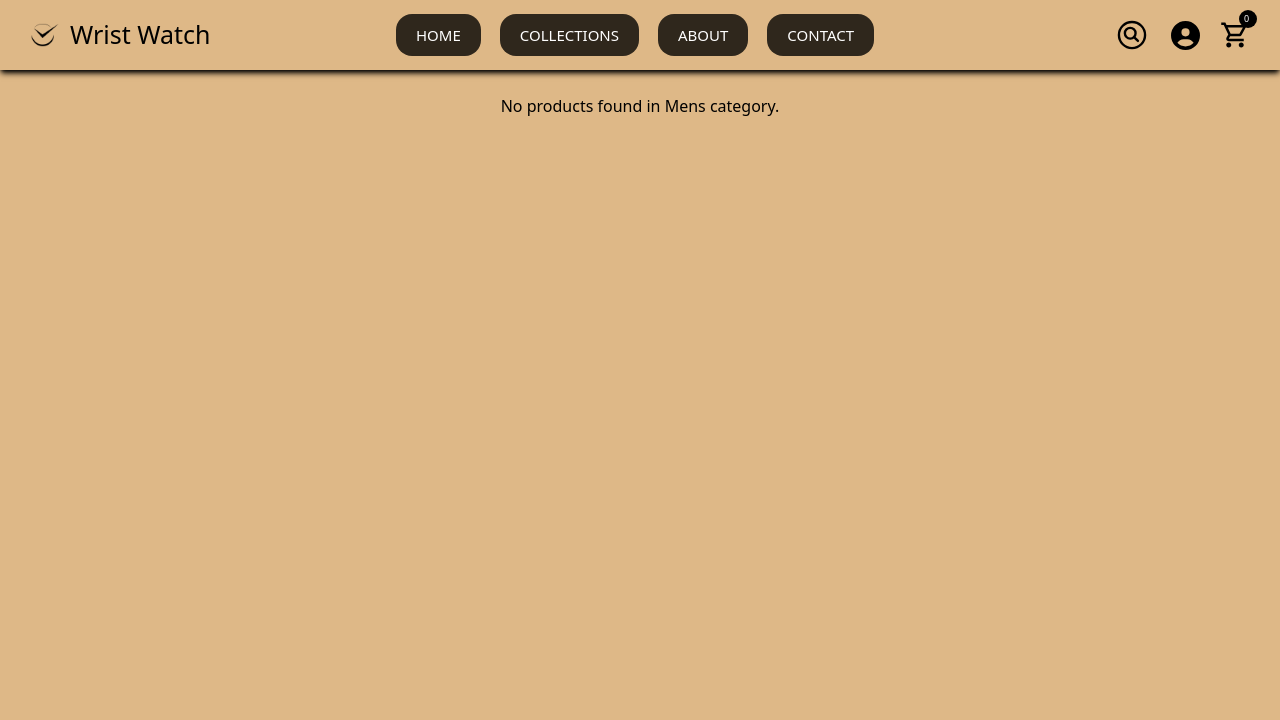
Repository: mansibhanushali/online_watch_ecommerce_mernstack_webapplication
Page: /collection (app in frontend/)
These files come from the project's save history. The page is drawn as it stood at one moment and after the next save; the edit follows.
The browser window is 1280 px wide. The pictures show the whole page.
The page's requests for data from a server got no answer. The project was rebuilt for these pictures with package versions that can differ from the ones it lists, and the page was loaded fresh each time. No one was signed in, and anything a server would have sent is missing. Also part of the build but not shown: frontend/vite.config.js, frontend/src/component/Loading.jsx, frontend/src/pages/Registration.jsx, frontend/src/component/Backgound.jsx, frontend/src/component/Card.jsx, frontend/src/component/LatestCollection.jsx, frontend/src/component/BestSeller.jsx, frontend/src/pages/Product.jsx and 12 more.

Above is the page before, as saved 2025-08-16 17:39:01.

### frontend/index.html
<!doctype html>
<html lang="en">
  <head>
    <meta charset="UTF-8" />
    <link rel="icon" type="image/svg+xml" href="\logo1.png" />
    <meta name="viewport" content="width=device-width, initial-scale=1.0" />
    <title>Wristwatch</title>
  </head>
  <body>
    <div id="root"></div>
    <script type="module" src="/src/main.jsx"></script>
  </body>
</html>

### frontend/src/main.jsx
// src/main.jsx
import React from 'react';
import { createRoot } from 'react-dom/client';
import { BrowserRouter } from 'react-router-dom';
import './index.css';

import App from './App.jsx';
import AuthContext from './context/authContext.jsx';
import UserContextProvider from './context/UserContext.jsx';
import ShopContext from './context/ShopContext.jsx';

createRoot(document.getElementById('root')).render(
  <React.StrictMode>
    <BrowserRouter>
      <AuthContext>
        <UserContextProvider>
          <ShopContext>
            <App />
          </ShopContext>
        </UserContextProvider>
      </AuthContext>
    </BrowserRouter>
  </React.StrictMode>
);

### frontend/src/index.css
@import "tailwindcss";

body {
  @apply bg-white min-h-screen;
}

### frontend/src/App.jsx
import React, { useContext } from 'react';
import { Navigate, Route, Routes, useLocation } from 'react-router-dom';
import Registration from './pages/Registration';
import Home from './pages/Home';
import Login from './pages/Login';
import Nav from './component/Nav';
import { userDataContext } from './context/UserContext';
import About from './pages/About';
import Collections from './pages/Collections';
import Product from './pages/Product';
import Contact from './pages/Contact';
import ProductDetail from './pages/ProductDetail';
import Cart from './pages/Cart';
import PlaceOrder from './pages/PlaceOrder';
import Order from './pages/Order';
import { ToastContainer } from 'react-toastify';
import NotFound from './pages/NotFound';

function App() {
  const { userData } = useContext(userDataContext);
  const location = useLocation();

  // Protected route wrapper
  const ProtectedRoute = (Component) => {
    return userData ? (
      Component
    ) : (
      <Navigate to="/login" state={{ from: location.pathname }} />
    );
  };

  return (
    <>
      <ToastContainer />
      <Nav />
      <Routes>
        {/* Public Routes */}
        <Route path="/" element={<Home />} />
        <Route path="/about" element={<About />} />
        <Route path="/collection" element={<Collections />} />
        <Route path="/collection/:category" element={<Collections />} />
        <Route path="/product" element={<Product />} />
        <Route path="/contact" element={<Contact />} />

        {/* Auth Routes */}
        <Route
          path="/login"
          element={
            userData ? (
              <Navigate to={location.state?.from || '/'} />
            ) : (
              <Login />
            )
          }
        />
        <Route
          path="/signup"
          element={
            userData ? (
              <Navigate to={location.state?.from || '/'} />
            ) : (
              <Registration />
            )
          }
        />

        {/* Protected Routes */}
        <Route
          path="/productdetail/:productId"
          element={ProtectedRoute(<ProductDetail />)}
        />
        <Route path="/cart" element={ProtectedRoute(<Cart />)} />
        <Route path="/placeorder" element={ProtectedRoute(<PlaceOrder />)} />
        <Route path="/order" element={ProtectedRoute(<Order />)} />

        {/* 404 Fallback */}
        <Route path="*" element={<NotFound />} />
      </Routes>
    </>
  );
}

export default App;

### frontend/src/context/AuthContext.jsx
// src/context/AuthContext.jsx
import React, { createContext, useReducer, useEffect } from "react";
import axios from "axios";

const initialState = {
  user: null,
  token: null,
  isAuthenticated: false,
};

function reducer(state, action) {
  switch (action.type) {
    case "LOGIN":
      return {
        ...state,
        user: action.payload.user,
        token: action.payload.token,
        isAuthenticated: true,
      };
    case "LOGOUT":
      return initialState;
    default:
      return state;
  }
}

export const authDataContext = createContext();

function AuthContext({ children }) {
  const serverUrl = "http://localhost:8000";

  const [state, dispatch] = useReducer(reducer, initialState, () => {
    const token = localStorage.getItem("token");
    const user = localStorage.getItem("user");
    return token && user
      ? { token, user: JSON.parse(user), isAuthenticated: true }
      : initialState;
  });

  // axios defaults setup (runs whenever token changes)
  useEffect(() => {
    axios.defaults.baseURL = serverUrl;
    axios.defaults.withCredentials = true;

    if (state.token) {
      axios.defaults.headers.common["Authorization"] = `Bearer ${state.token}`;
      localStorage.setItem("token", state.token);
      localStorage.setItem("user", JSON.stringify(state.user));
    } else {
      delete axios.defaults.headers.common["Authorization"];
      localStorage.removeItem("token");
      localStorage.removeItem("user");
    }
  }, [state.token, state.user]);

  // Fetch current user from backend
  const fetchCurrentUser = async (token) => {
    try {
      const res = await axios.get("/api/user/getcurrentuser", {
        headers: { Authorization: `Bearer ${token}` }
      });
      return res.data;
    } catch (err) {
      console.error("Fetch current user error:", err.response?.data || err.message);
      return null;
    }
  };

  // Login and fetch user
  const login = async ({ token }) => {
    const user = await fetchCurrentUser(token);
    if (user) {
      dispatch({ type: "LOGIN", payload: { token, user } });
    }
  };

  const logout = () => dispatch({ type: "LOGOUT" });

  // Auto login when page refreshes
  useEffect(() => {
    const autoLogin = async () => {
      if (state.token && !state.user) {
        const user = await fetchCurrentUser(state.token);
        if (user) {
          dispatch({ type: "LOGIN", payload: { token: state.token, user } });
        }
      }
    };
    autoLogin();
  }, []);

  return (
    <authDataContext.Provider value={{ serverUrl, ...state, login, logout }}>
      {children}
    </authDataContext.Provider>
  );
}

export default AuthContext;

### frontend/src/context/UserContext.jsx
// src/context/UserContext.jsx
import React, { createContext, useContext, useEffect, useState } from 'react';
import { authDataContext } from './AuthContext';
import axios from 'axios';

export const userDataContext = createContext();

function UserContextProvider({ children }) {
  const [userData, setUserData] = useState(null);
  const { serverUrl } = useContext(authDataContext);

  const getCurrentUser = async () => {
    try {
      // ✅ Cookie-based request
      const result = await axios.get(`${serverUrl}/api/user/getcurrentuser`, {
        withCredentials: true, // Cookie automatically send होगी
      });

      if (result.data?.success) {
        setUserData(result.data.user);
      } else {
        setUserData(null);
      }
    } catch (error) {
      setUserData(null);
      console.error("getCurrentUser error:", error);
    }
  };

  // 🔹 Page load pe call
  useEffect(() => {
    getCurrentUser();
  }, []);

  return (
    <userDataContext.Provider value={{ userData, setUserData, getCurrentUser }}>
      {children}
    </userDataContext.Provider>
  );
}

export default UserContextProvider;

### frontend/src/context/ShopContext.jsx
import React, { createContext, useContext, useEffect, useState, useCallback } from 'react';
import { authDataContext } from './authContext';
import { userDataContext } from './UserContext';
import axios from 'axios';
import { toast } from 'react-toastify';

export const shopDataContext = createContext();

function ShopContextProvider({ children }) {
  const [products, setProducts] = useState([]);
  const [search, setSearch] = useState('');
  const { userData } = useContext(userDataContext);
  const [showSearch, setShowSearch] = useState(false);
  const { serverUrl } = useContext(authDataContext);
  const [cartItem, setCartItem] = useState({});
  const [loading, setLoading] = useState(false);
  const [token, setToken] = useState(localStorage.getItem("token") || "");

  const currency = '₹';
  const delivery_fee = 40;

  // token sync
  useEffect(() => {
    const savedToken = localStorage.getItem("token");
    if (savedToken) {
      setToken(savedToken);
    }
  }, []);

  // ✅ Get products
  const getProducts = useCallback(async () => {
    if (!serverUrl) return;
    try {
      const result = await axios.get(`${serverUrl}/api/product/list`);
      setProducts(result.data);
    } catch (error) {
      console.error("Get Products Error:", error);
    }
  }, [serverUrl]);

  // ✅ Add to cart
  const addtoCart = async (itemId) => {
    let cartData = structuredClone(cartItem);
    cartData[itemId] = (cartData[itemId] || 0) + 1;
    setCartItem(cartData);

    if (userData && token) {
      setLoading(true);
      try {
        await axios.post(
          `${serverUrl}/api/cart/add`,
          { itemId },
          {
            headers: { Authorization: `Bearer ${token}` },
            withCredentials: true
          }
        );
      } catch (error) {
        console.error(error);
        toast.error("Add Cart Error");
      } finally {
        setLoading(false);
      }
    }
  };

  // ✅ Get user cart
  const getUserCart = useCallback(async () => {
    if (!token || !serverUrl) return;
    try {
      const result = await axios.post(
        `${serverUrl}/api/cart/get`,
        {},
        {
          headers: { Authorization: `Bearer ${token}` },
          withCredentials: true
        }
      );
      setCartItem(result.data || {});
    } catch (error) {
      console.error("Get User Cart Error:", error);
    }
  }, [serverUrl, token]);

  // ✅ Update cart item quantity
  const updateQuantity = async (itemId, quantity) => {
    let cartData = structuredClone(cartItem);
    cartData[itemId] = quantity;
    setCartItem(cartData);

    if (userData && token) {
      try {
        await axios.post(
          `${serverUrl}/api/cart/update`,
          { itemId, quantity },
          {
            headers: { Authorization: `Bearer ${token}` },
            withCredentials: true
          }
        );
      } catch (error) {
        console.error(error);
      }
    }
  };

  // ✅ Total cart items count
  const getCartCount = () => {
    return Object.values(cartItem).reduce((acc, qty) => acc + qty, 0);
  };

  // ✅ Total cart amount
  const getCartAmount = () => {
    let totalAmount = 0;
    for (const itemId in cartItem) {
      let itemInfo = products.find((product) => product._id === itemId);
      if (itemInfo && cartItem[itemId] > 0) {
        totalAmount += itemInfo.price * cartItem[itemId];
      }
    }
    return totalAmount;
  };

  // Fetch products and cart
  useEffect(() => {
    getProducts();
  }, [getProducts]);

  useEffect(() => {
    getUserCart();
  }, [getUserCart]);

  let value = {
    products,
    currency,
    delivery_fee,
    getProducts,
    search,
    setSearch,
    showSearch,
    setShowSearch,
    cartItem,
    addtoCart,
    getCartCount,
    setCartItem,
    updateQuantity,
    getCartAmount,
    loading,
    serverUrl,
    setToken,
    token
  };

  return (
    <shopDataContext.Provider value={value}>
      {children}
    </shopDataContext.Provider>
  );
}

export default ShopContextProvider;

### frontend/src/component/Nav.jsx
import React, { useContext, useState, useEffect, useRef } from 'react'
import logo from '../assets/logo.png'
import { IoSearchCircleOutline, IoSearchCircleSharp } from "react-icons/io5";
import { FaCircleUser } from "react-icons/fa6";
import { MdOutlineShoppingCart } from "react-icons/md";
import { userDataContext } from '../context/UserContext';
import { useNavigate } from 'react-router-dom';
import { IoMdHome } from "react-icons/io";
import { HiOutlineCollection } from "react-icons/hi";
import { MdContacts } from "react-icons/md";
import axios from 'axios';
import { authDataContext } from '../context/authContext';
import { shopDataContext } from '../context/ShopContext';

function Nav() {
  const { userData } = useContext(userDataContext)
  const { serverUrl } = useContext(authDataContext)
  const { showSearch, setShowSearch, search, setSearch, getCartCount } = useContext(shopDataContext)
  const [showProfile, setShowProfile] = useState(false)
  const [showNav, setShowNav] = useState(true)
  const [lastScrollY, setLastScrollY] = useState(0)
  const [showCollectionMenu, setShowCollectionMenu] = useState(false)
  const navigate = useNavigate()
  const collectionRef = useRef()

  // Scroll hide logic
  useEffect(() => {
    const handleScroll = () => {
      const currentScrollY = window.scrollY;
      if (currentScrollY > lastScrollY) {
        setShowNav(false);
      } else {
        setShowNav(true);
      }
      setLastScrollY(currentScrollY);
    };
    window.addEventListener("scroll", handleScroll);
    return () => window.removeEventListener("scroll", handleScroll);
  }, [lastScrollY]);

  // Close collection menu when clicked outside
  useEffect(() => {
    const handleClickOutside = (event) => {
      if (collectionRef.current && !collectionRef.current.contains(event.target)) {
        setShowCollectionMenu(false)
      }
    }
    document.addEventListener("mousedown", handleClickOutside)
    return () => document.removeEventListener("mousedown", handleClickOutside)
  }, [])

  const handleLogout = async () => {
    try {
      const result = await axios.get(serverUrl + "/api/auth/logout", { withCredentials: true })
      console.log(result.data)
      navigate("/login")
    } catch (error) {
      console.log(error)
    }
  }

  return (
    <div
      className='w-[100vw] h-[70px] bg-[burlywood] z-10 fixed flex items-center justify-between px-[30px] shadow-md shadow-black transition-all duration-300'
      style={{ top: showNav ? '0' : '-100px' }}
    >
      <div className='w-[20%] lg:w-[30%] flex items-center justify-start gap-[10px] '>
        <img src={logo} alt="" className='w-[30px]' />
        <h1 className='text-[25px] text-[black] font-sans '>Wrist Watch</h1>
      </div>

      <div className='w-[50%] lg:w-[40%] hidden md:flex'>
        <ul className='flex items-center justify-center gap-[19px] text-[white] '>
          <li className='text-[15px] hover:bg-slate-500 cursor-pointer bg-[#000000c9] py-[10px] px-[20px] rounded-2xl' onClick={() => navigate("/")}>HOME</li>

          {/* COLLECTIONS with Submenu */}
          <li className='relative' ref={collectionRef}>
            <button
              className='text-[15px] hover:bg-slate-500 cursor-pointer bg-[#000000c9] py-[10px] px-[20px] rounded-2xl'
              onClick={() => setShowCollectionMenu(prev => !prev)}
            >
              COLLECTIONS
            </button>

            {showCollectionMenu && (
              <ul className='absolute top-full left-0 mt-2 bg-white border rounded-lg shadow-md text-black w-[150px] z-10'>
                <li className='px-4 py-2 hover:bg-gray-100 cursor-pointer' onClick={() => { navigate("/collection/men"); setShowCollectionMenu(false) }}>Men</li>
                <li className='px-4 py-2 hover:bg-gray-100 cursor-pointer' onClick={() => { navigate("/collection/women"); setShowCollectionMenu(false) }}>Women</li>
                <li className='px-4 py-2 hover:bg-gray-100 cursor-pointer' onClick={() => { navigate("/collection/kids"); setShowCollectionMenu(false) }}>Kids</li>
              </ul>
            )}
          </li>

          <li className='text-[15px] hover:bg-slate-500 cursor-pointer bg-[#000000c9] py-[10px] px-[20px] rounded-2xl' onClick={() => navigate("/about")}>ABOUT</li>
          <li className='text-[15px] hover:bg-slate-500 cursor-pointer bg-[#000000c9] py-[10px] px-[20px] rounded-2xl' onClick={() => navigate("/contact")}>CONTACT</li>
        </ul>
      </div>

      <div className='w-[30%] flex items-center justify-end gap-[20px]'>
        {!showSearch && <IoSearchCircleOutline className='w-[38px] h-[38px] text-[#000000]  cursor-pointer' onClick={() => { setShowSearch(prev => !prev); navigate("/collection") }} />}
        {showSearch && <IoSearchCircleSharp className='w-[38px] h-[38px] text-[#000000]  cursor-pointer' onClick={() => setShowSearch(prev => !prev)} />}
        {!userData && <FaCircleUser className='w-[29px] h-[29px] text-[#000000]  cursor-pointer' onClick={() => setShowProfile(prev => !prev)} />}
        {userData && <div className='w-[30px] h-[30px] bg-[#080808] text-[white] rounded-full flex items-center justify-center cursor-pointer' onClick={() => setShowProfile(prev => !prev)}>{userData?.name.slice(0, 1)}</div>}
        <MdOutlineShoppingCart className='w-[30px] h-[30px] text-[#000000]  cursor-pointer hidden md:block' onClick={() => navigate("/cart")} />
        <p className='absolute w-[18px] h-[18px] items-center  justify-center bg-black px-[5px] py-[2px] text-white  rounded-full text-[9px] top-[10px] right-[23px] hidden md:block'>{getCartCount()}</p>
      </div>

      {showSearch && (
        <div className='w-[100%]  h-[80px] bg-[burlywood] absolute top-[100%] left-0 right-0 flex items-center justify-center'>
          <input type="text" className='lg:w-[50%] w-[80%] h-[60%] bg-[burlywood] rounded-[30px] px-[50px] placeholder:text-white text-[white] text-[18px] border-2 border-black' placeholder='Search Here' onChange={(e) => { setSearch(e.target.value) }} value={search} />
        </div>
      )}

      {showProfile && (
        <div className='absolute w-[220px] h-[150px] bg-[white] top-[110%] right-[4%] border-[1px] border-[black] rounded-[10px] z-10'>
          <ul className='w-[100%] h-[100%] flex items-start justify-around flex-col text-[17px] py-[10px] text-[black]'>
            {!userData && <li className='w-[100%] hover:bg-[#burlywood]  px-[15px] py-[10px] cursor-pointer' onClick={() => { navigate("/login"); setShowProfile(false) }}>Login</li>}
            {userData && <li className='w-[100%] hover:bg-[#burlywood]  px-[15px] py-[10px] cursor-pointer' onClick={() => { handleLogout(); setShowProfile(false) }}>LogOut</li>}
            <li className='w-[100%] hover:bg-[#burlywood]  px-[15px] py-[10px] cursor-pointer' onClick={() => { navigate("/order"); setShowProfile(false) }} >Orders</li>
            <li className='w-[100%] hover:bg-[#burlywood]  px-[15px] py-[10px] cursor-pointer' onClick={() => { navigate("/about"); setShowProfile(false) }} >About</li>
          </ul>
        </div>
      )}

      {/* Mobile Bottom Nav */}
      <div className='w-[100vw] h-[90px] flex items-center justify-between px-[20px] text-[12px] fixed bottom-0 left-0 bg-[burlywood] md:hidden'>
        <button className='text-[black] flex items-center justify-center flex-col gap-[2px]' onClick={() => navigate("/")}><IoMdHome className='w-[28px] h-[28px] text-[black] md:hidden' /> Home</button>
        <button className='text-[black] flex items-center justify-center flex-col gap-[2px]' onClick={() => navigate("collection")}><HiOutlineCollection className='w-[28px] h-[28px] text-[black] md:hidden' /> Collections</button>
        <button className='text-[black] flex items-center justify-center flex-col gap-[2px] ' onClick={() => navigate("/contact")}><MdContacts className='w-[28px] h-[28px] text-[black] md:hidden' />Contact</button>
        <button className='text-[black] flex items-center justify-center flex-col gap-[2px]' onClick={() => navigate("/cart")}><MdOutlineShoppingCart className='w-[28px] h-[28px] text-[black] md:hidden' /> Cart</button>
        <p className='absolute w-[18px] h-[18px] flex items-center justify-center bg-burlywood px-[5px] py-[2px] text-black font-semibold  rounded-full text-[9px] top-[8px] right-[18px]'>{getCartCount()}</p>
      </div>
    </div>
  )
}

export default Nav

### frontend/src/pages/Collections.jsx
import React, { useContext } from 'react';
import Title from '../component/Title';
import { shopDataContext } from '../context/ShopContext';
import Card from '../component/Card';
import { useParams } from 'react-router-dom';

function Collections() {
  const { category } = useParams();
  const selectedCategory = category || 'Mens';

  const { products } = useContext(shopDataContext);

  const filteredProducts = products.filter(
    (product) =>
      product.category?.toLowerCase() === selectedCategory.toLowerCase()
  );

  return (
    <div className="px-4 md:px-8 lg:px-20 py-8 min-h-screen bg-[burlywood] text-black">
      <Title title={`${selectedCategory} Collection`} />

      {/* Product Cards */}
      <div className="flex flex-wrap gap-6 justify-center mt-8">
        {filteredProducts.length > 0 ? (
          filteredProducts.map((product) => (
            <Card
              key={product._id}
              id={product._id}
              name={product.name}
              image={product.image}
              price={product.price}
            />
          ))
        ) : (
          <p className="text-center text-black">
            No products found in {selectedCategory} category.
          </p>
        )}
      </div>
    </div>
  );
}

export default Collections;

### frontend/src/component/Title.jsx
import React from 'react'

function Title({text1 ,text2}) {
  return (
    <div className='inline-flex gap-2 items-center text-center mb-3 text-[35px] md:text-[40px] bg-gradient-to-l from-[burlwood] to-[burlywood]'>
        <p className='text-black'>{text1} <span className='text-[black] '>{text2}</span></p>

    </div>
  )
}

export default Title

After the next save:
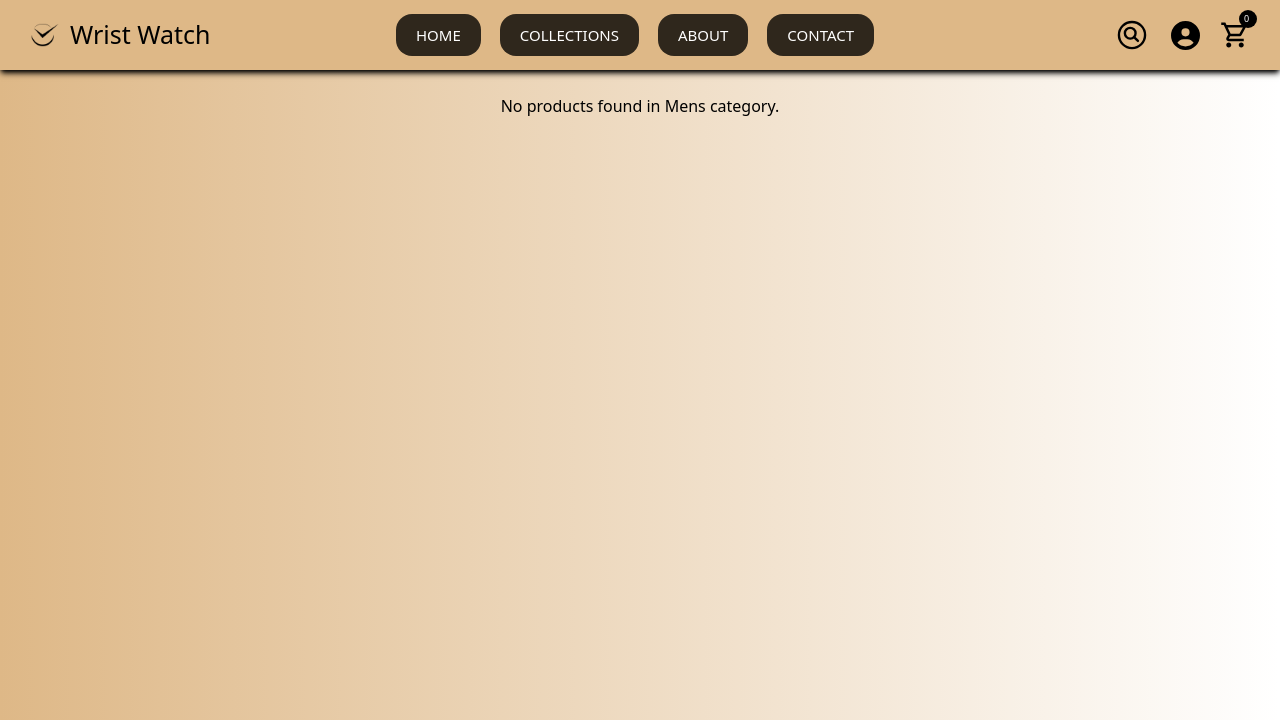
Saved 3 min 45 s later.
--- a/frontend/src/pages/Collections.jsx
+++ b/frontend/src/pages/Collections.jsx
@@ -16,7 +16,7 @@ function Collections() {
   );
 
   return (
-    <div className="px-4 md:px-8 lg:px-20 py-8 min-h-screen bg-[burlywood] text-black">
+    <div className="px-4 md:px-8 lg:px-20 py-8 min-h-screen bg-gradient-to-l from-[burlwood] to-[burlywood] text-black">
       <Title title={`${selectedCategory} Collection`} />
 
       {/* Product Cards */}
